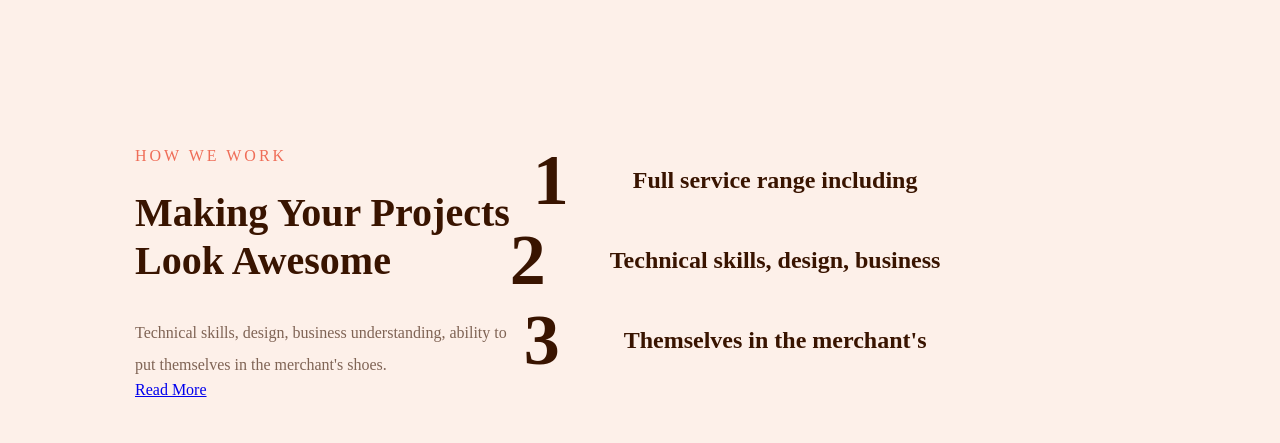
Repository: kubrazamanova/Project-3
Page: index.html
These files come from the project's save history. The page is drawn as it stood at one moment and after the next save; the edit follows.
The browser window is 1280 px wide. The pictures show the whole page.

Above is the page before, as saved 2023-09-13 19:19:00.

After the next save:
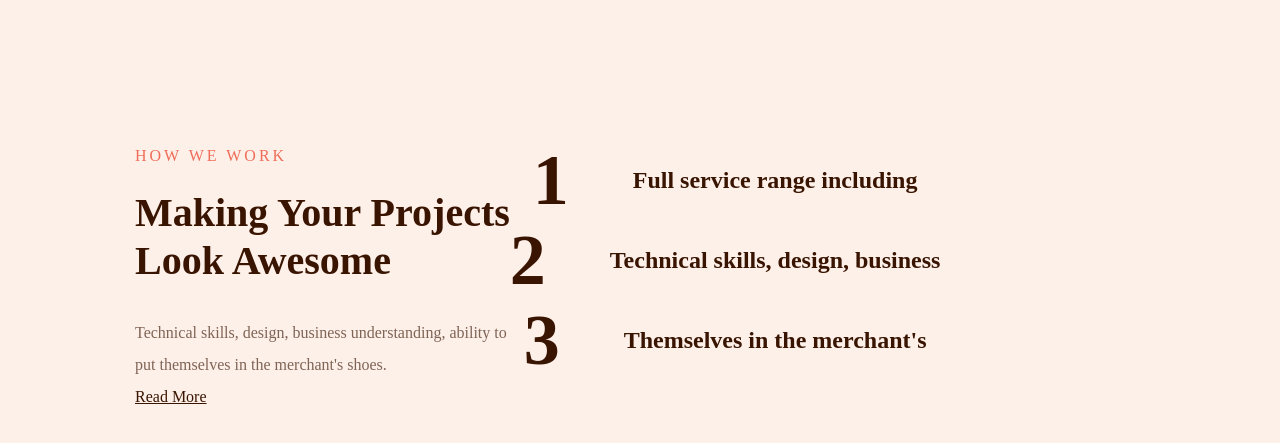
Saved 5 s later.
--- a/index.css
+++ b/index.css
@@ -43,7 +43,7 @@
   line-height: 32px;
 }
 
-.container h3 {
+.container a {
   margin-top: 28px;
   color: var(--Text_Dark, #391400);
   font-feature-settings: "clig" off, "liga" off;
